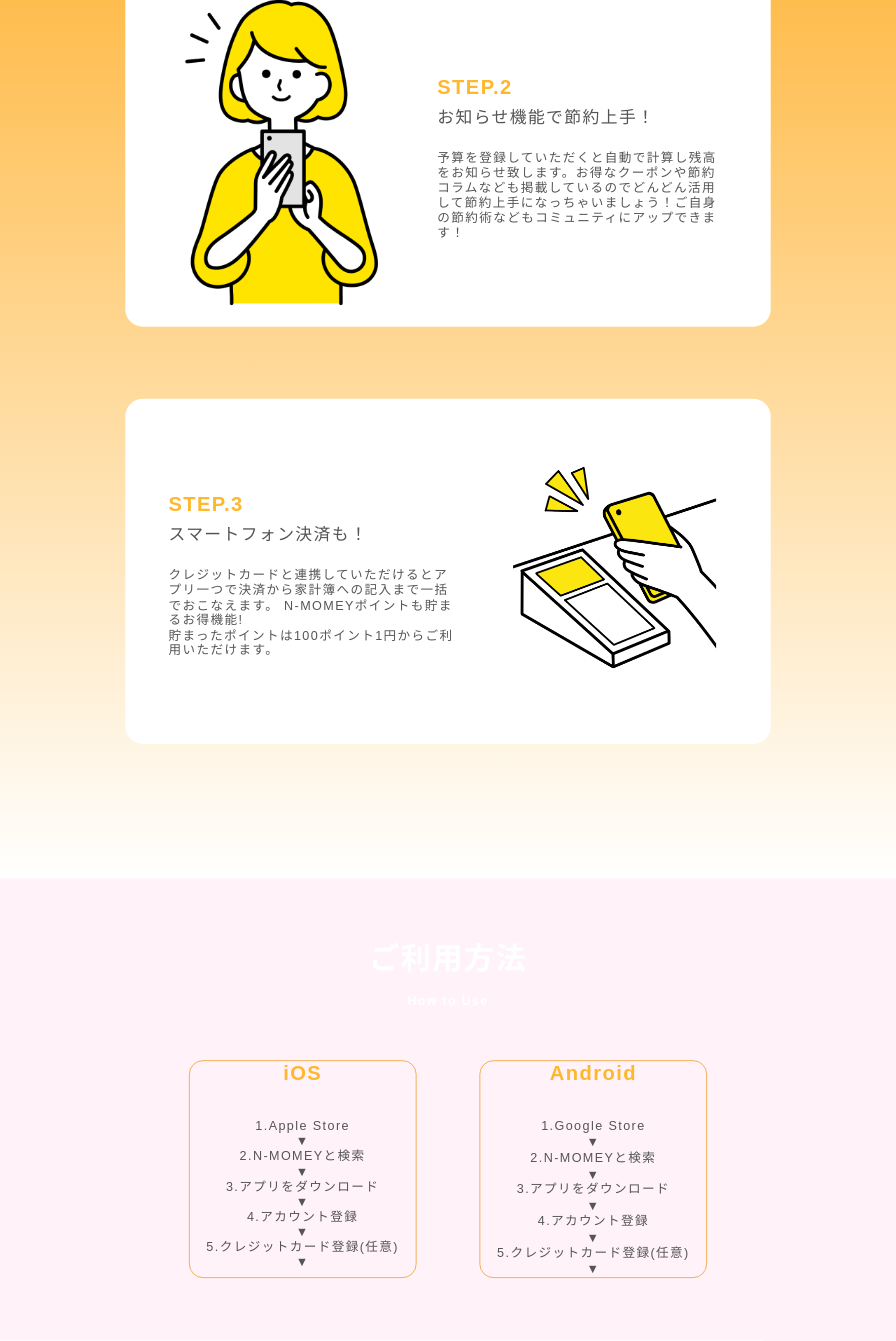
Repository: nozomi-23/lp2_test
Page: index.html
An editor plug-in stored every save of this project. The page is shown before and after a run of saves, followed by the edit.
The browser window is 1280 px wide. The pictures show the part of the page from y = 1924 to 3844 px (the page is 3839 px tall before and 3844 px after), at 70% of full size.
Some web fonts or font styles are not loaded; a fallback is used.

Above is the page before, as saved 2022-06-18 15:38:10.

### index.html
<!DOCTYPE html>
<html lang="ja">
<head>
  <meta charset="UTF-8">
  <title>家計簿アプリ「N-MONEY」</title>
  <meta name="description" content="「人生をコードと共に」というビジョンを達成するべく、皆さんのプログラミング学習をサポートします。">
  <meta name="keywords" content="家計簿,アプリ,おすすめ">
  <meta name="viewport" content="width=device-width, initial-scale=1.0">
  <meta property="og:title" content="家計簿アプリ「N-MONEY」">
  <meta property="og:type" content="article">
  <meta property="og:url" content="https://withcode-plus.tech">
  <meta property="og:image" content="img/logo.png">
  <meta property="og:description" content="カンタン家計簿アプリ 「N-MONEY」でお得に楽に家計管理。">
  <meta property="og:site_name" content="家計簿アプリ">
  <link rel="icon" href="favicon.ico">
  <link rel="apple-touch-icon" sizes="180x180" href="img/logo.png">
  <link rel="preconnect" href="https://fonts.googleapis.com">
  <link rel="preconnect" href="https://fonts.gstatic.com" crossorigin>
  <link
    href="https://fonts.googleapis.com/css2?family=M+PLUS+1p:wght@400;500;700&family=Noto+Sans+JP:wght@400;500&display=swap"
    rel="stylesheet">
  <link rel="stylesheet" type="text/css" href="css/reset.css">
  <link rel="stylesheet" type="text/css" href="css/common.css">
</head>
<body>
  <!-- ========== header -->
  <header>
    <div class="header_inner">
      <h1 class="header_logo">
        <a href="#"><img src="img/logo.png" alt="ロゴ画像"></a>
      </h1>
      <nav class="header_nav">
        <ul class="header_list">
          <li class="header_item">
            <a href="#introduction">アプリ紹介</a>
          </li>
          <li class="header_item">
            <a href="#how">ご利用方法</a>
          </li>
          <li class="header_item">
            <a href="#fqa">よくある質問</a>
          </li>
          <li class="header_item">
            <a href="#news">お知らせ</a>
          </li>
          <li class="header_item heder_btn">
            <a href="#contact">お問い合わせ</a>
          </li>
        </ul>
      </nav>
      <div class="drawer"></div>
    </div>
  </header>
  <!-- ========== top -->
  <section class="top_section">
    <div class="inner">
      <div class="top_wrapper">
        <div class="top_left">
          <h2 class="title">
            <p>〜 簡単家計簿アプリ 〜</p><br>
            <span>N-MONEY Mobile</span>
          </h2>
          <div class="download">
            <div class="download_apple">
              <a href="https://www.apple.com/jp/app-store/">
                <img src="img/apple.png" alt="Apple Store">
              </a>
            </div>
            <div class="download_google">
              <a href="https://play.google.com/store/apps?hl=ja&gl=US">
                <img src="img/google.png" alt="Google Store">
              </a>
            </div>
          </div>
        </div>
        <div class="top_right">
          <img src="img/top.png" alt="トップ画像">
        </div>
      </div>
    </div>
  </section>
    <!-- ========== feature -->
    <div class="inner">

      <div class="feature_txt">
        <h3 class="feature_ttl">家でも外でもラクラク管理<br>
        N-MOMEY Mobileとは</h3>
        <p>N-MOMEY
        Mobileとはご自宅でも外出先でも簡単に家計を管理できるサービスです。カテゴリ別の支出、予算管理だけでなくクレジットカードの連結により、レジでのお支払い・支出管理を自動で更新してくれます。予算に対してのお知らせ機能で使いすぎを防ぎます。めんどくさい計算・管理はN-MOMEY
        Mobileにおまかせください!</p>
      </div>

    </div>
<!-- ========== Introduction -->
<section class="intro section" id="introduction">
  <div class="inner">
    <h4 class="common_ttl">アプリ紹介<br><small>Introduction</small></h4>
    <div class="intro_wrapper">
      <div class="intro_wrapper_left">
        <h5 class="intro_txt"><strong>STEP.1</strong><br>
          いつでもどこでもカンタン管理！</h5>
          <p>レシートの管理が大変・・<br>
          いつ支払ったか忘れてしまった・・<br>
          そんなお悩みをすぐに解決します！支払ったらスマホにすぐ記入、カンタンな操作でカテゴリや日付の管理でめんどくさい家計管理のお手伝いをします。</p>
      </div>
      <div class="intro_wrapper_right">
        <img src="img/step1.png" alt="スマートフォンの画像">
      </div>
    </div>
    <div class="intro_wrapper intro_wrapper_revers">
      <div class="intro_wrapper_left ">
        <h5 class="intro_txt"><strong>STEP.2</strong><br>
          お知らせ機能で節約上手！</h5>
        <p>予算を登録していただくと自動で計算し残高をお知らせ致します。お得なクーポンや節約コラムなども掲載しているのでどんどん活用して節約上手になっちゃいましょう！ご自身の節約術などもコミュニティにアップできます！
          </p>
      </div>
      <div class="intro_wrapper_right">
        <img src="img/step2.png" alt="スマートフォンの画像">
      </div>
    </div>
    <div class="intro_wrapper">
      <div class="intro_wrapper_left">
        <h5 class="intro_txt"><strong>STEP.3</strong><br>
          スマートフォン決済も！</h5>
        <p>クレジットカードと連携していただけるとアプリ一つで決済から家計簿への記入まで一括でおこなえます。
        N-MOMEYポイントも貯まるお得機能!<br>
        貯まったポイントは100ポイント1円からご利用いただけます。</p>
      </div>
      <div class="intro_wrapper_right">
        <img src="img/step3.png" alt="スマートフォンの画像">
      </div>
    </div>
  </div>
</section>
<!-- ========== how -->
<section class="how section" id="how">
  <div class="inner">
    <h4 class="common_ttl">ご利用方法<br><small>How to Use</small></h4>
    <div class="how_wrapper">
      <div class="how_wrapper_item">
        <h5>iOS</h5>
        <ul>
          <li>1.Apple Store</li>
          <p>▼</p>
          <li>2.N-MOMEYと検索</li>
          <p>▼</p>
          <li>3.アプリをダウンロード</li>
          <p>▼</p>
          <li>4.アカウント登録</li>
          <p>▼</p>
          <li>5.クレジットカード登録(任意)</li>
          <p>▼</p>
        </ul>
      </div>
      <div class="how_wrapper_item">
        <h5>Android</h5>
        <ul class="how_list">
          <li>1.Google Store</li>
          <p>▼</p>
          <li>2.N-MOMEYと検索</li>
          <p>▼</p>
          <li>3.アプリをダウンロード</li>
          <p>▼</p>
          <li>4.アカウント登録</li>
          <p>▼</p>
          <li>5.クレジットカード登録(任意)</li>
          <p>▼</p>
        </ul>
      </div>
    </div>
  </div>
</section>
</body>
</html>

### css/reset.css
@charset "UTF-8";

html,
body,
div,
span,
object,
iframe,
h1,
h2,
h3,
h4,
h5,
h6,
p,
blockquote,
pre,
abbr,
address,
cite,
code,
del,
dfn,
em,
img,
ins,
kbd,
q,
samp,
small,
strong,
sub,
sup,
var,
b,
i,
dl,
dt,
dd,
ol,
ul,
li,
fieldset,
form,
label,
legend,
table,
caption,
tbody,
tfoot,
thead,
tr,
th,
td,
article,
aside,
canvas,
details,
figcaption,
figure,
footer,
header,
hgroup,
menu,
nav,
section,
summary,
time,
mark,
audio,
video {
  margin: 0;
  padding: 0;
  border: 0;
  outline: 0;
  font-size: 100%;
  vertical-align: baseline;
  background: transparent;
}

body {
  line-height: 1;
}

article,
aside,
details,
figcaption,
figure,
footer,
header,
hgroup,
menu,
nav,
section {
  display: block;
}

nav ul {
  list-style: none;
}

blockquote,
q {
  quotes: none;
}

blockquote:before,
blockquote:after,
q:before,
q:after {
  content: '';
  content: none;
}

a {
  margin: 0;
  padding: 0;
  font-size: 100%;
  vertical-align: baseline;
  background: transparent;
}

/* change colours to suit your needs */
ins {
  background-color: #ff9;
  color: #000;
  text-decoration: none;
}

/* change colours to suit your needs */
mark {
  background-color: #ff9;
  color: #000;
  font-style: italic;
  font-weight: bold;
}

del {
  text-decoration: line-through;
}

abbr[title],
dfn[title] {
  border-bottom: 1px dotted;
  cursor: help;
}

table {
  border-collapse: collapse;
  border-spacing: 0;
}

/* change border colour to suit your needs */
hr {
  display: block;
  height: 1px;
  border: 0;
  border-top: 1px solid #cccccc;
  margin: 1em 0;
  padding: 0;
}

input,
select {
  vertical-align: middle;
}

### css/common.css
@charset "UTF-8";

body {
  font-size: 18px;
  line-height: 1.2;
  letter-spacing: 2px;
  word-break: break-all;
  color: #555;
  font-family: 'M PLUS 1p', sans-serif ,
  'Noto Sans JP', sans-serif;
}
li {
  list-style: none;
}
a {
  text-decoration: none;
  color: #333;
}
/* ===================
共通レイアウト
======================*/
.section {
  padding: 7% 0;
  position: relative;
  background-color: rgba(255, 105, 180, 0.085);
}
.inner {
  width: 80%;
  margin: 0 auto;
  /* background-color: rgb(221, 240, 240); */
}
/* ===================
共通パーツ
======================*/
.common_ttl {
  text-align: center;
  color: #5A5757;
  font-size: 2.7rem;
  margin-bottom: 6.5%;
}
.common_ttl small {
  font-size: 1.1rem;
}

/* ===================
header
======================*/
.header_inner {
  width: 90%;
  height: 15vh;
  margin: 0 auto;
  display: flex;
  justify-content: space-between;
  align-items: center;
}
.header_logo {
  position: fixed;
  top: 1rem;
  z-index: 3;
}
.header_logo img {
  width: 100%;
  height: 100%;
}
.header_nav {
  margin-left: auto;
}
.header_list {
  display: flex;
  justify-content: flex-end;
  align-items: center;
}
.header_list li {
  margin-left: 1.8rem;
}
.header_list li a:hover {
  opacity: 0.5;
}
.heder_btn a{
  background: #FFB72B;
  color: #fff;
  line-height: 3;
  border-radius: 15px;
  display: inline-block;
  padding: 0 1.8rem;
}
/* ===================
top
======================*/
.top_wrapper {
  margin-top: 10%;
  height: auto;
  display: flex;
  justify-content: space-evenly;
  align-items: center;
}
.top_left {
  text-align: center;
  width: 50%;
  height: auto;
}
.title p{
  font-size: 1.7rem;
  font-weight: 400;
  margin-bottom: 2%;
  color: #333;
}
.title span {
  font-size: 3.5rem;
  color: #FFB72B;
  font-weight: bold;
}
.download {
  display: flex;
  align-items: center;
  justify-content: space-evenly;
  margin-top: 10%;
}
.download_apple {
  width: 35%;
}
.download_apple img {
  width: 100%;
  height: 100%;
}
.download_google {
  width: 35%;
}
.download_google img {
  width: 100%;
  height: 100%;
}
.top_right {
  width: 42%;
  height: auto;
}
.top_right img {
  width: 100%;
  height: 100%;

}
/* ===================
feature
======================*/
.feature_txt {
  width: 90%;
  margin-bottom: 10%;
}
.feature_ttl {
  font-size: 1.9rem;
  color: #FFB72B;
  font-weight: 400;
  margin: 5% 0 2% 0;
  line-height: 1.5;
}
.feature_ttl::after {
  content: "";
  display: inline-block;
  width: 100px;
  height: 2px;
  background: #FFB72B;
  margin-left: 2%;
  vertical-align: middle;
}
.feature_txt p {
  color: #333;
}
/* ===================
Introduction
======================*/
.intro {
  background: linear-gradient(180deg, #FFAD23 27.08%, rgba(255, 173, 35, 0) 100%);
}
.common_ttl:first-child {
  color: #fff;
}
.intro_wrapper {
  width: 90%;
  height: 60vh;
  display: flex;
  align-items: center;
  justify-content: space-evenly;
  background: #fff;
  border-radius: 25px;
  margin: 0 auto;
  padding: 3% 0;
  margin-bottom: 10%;
}
.intro_wrapper_left {
  width: 45%;
  height: auto;
}
.intro_txt {
  font-size: 1.5rem;
  font-weight: 500;
  margin-bottom: 8%;
}
.intro_txt strong {
  font-weight: bold;
  color: #FFB72B;
  font-size: 1.8rem;
  margin-top: 1rem;
  line-height: 2;
}
.intro_wrapper_right {
width: 35%;
height: auto;
text-align: center;
}
.intro_wrapper_right img {
  max-width: 90%;

}
.intro_wrapper_revers {
  display: flex;
  flex-direction: row-reverse;
}
/* ===================
how
======================*/
.how_wrapper {
  width: 90%;
  margin: 0 auto;
  display: flex;
  justify-content: space-evenly;
}
.how_wrapper_item {
  width: 35%;
  text-align: center;
  border: 1px solid #EB9515;
  border-radius: 20px;
}
.how_wrapper_item h5{
  color: #FFB72B;
  font-size: 1.8rem;
  margin-bottom: 15%;
}
.how_list li {
  padding-bottom: 2px;
  border-bottom: ;
}

After the next 2 saves:
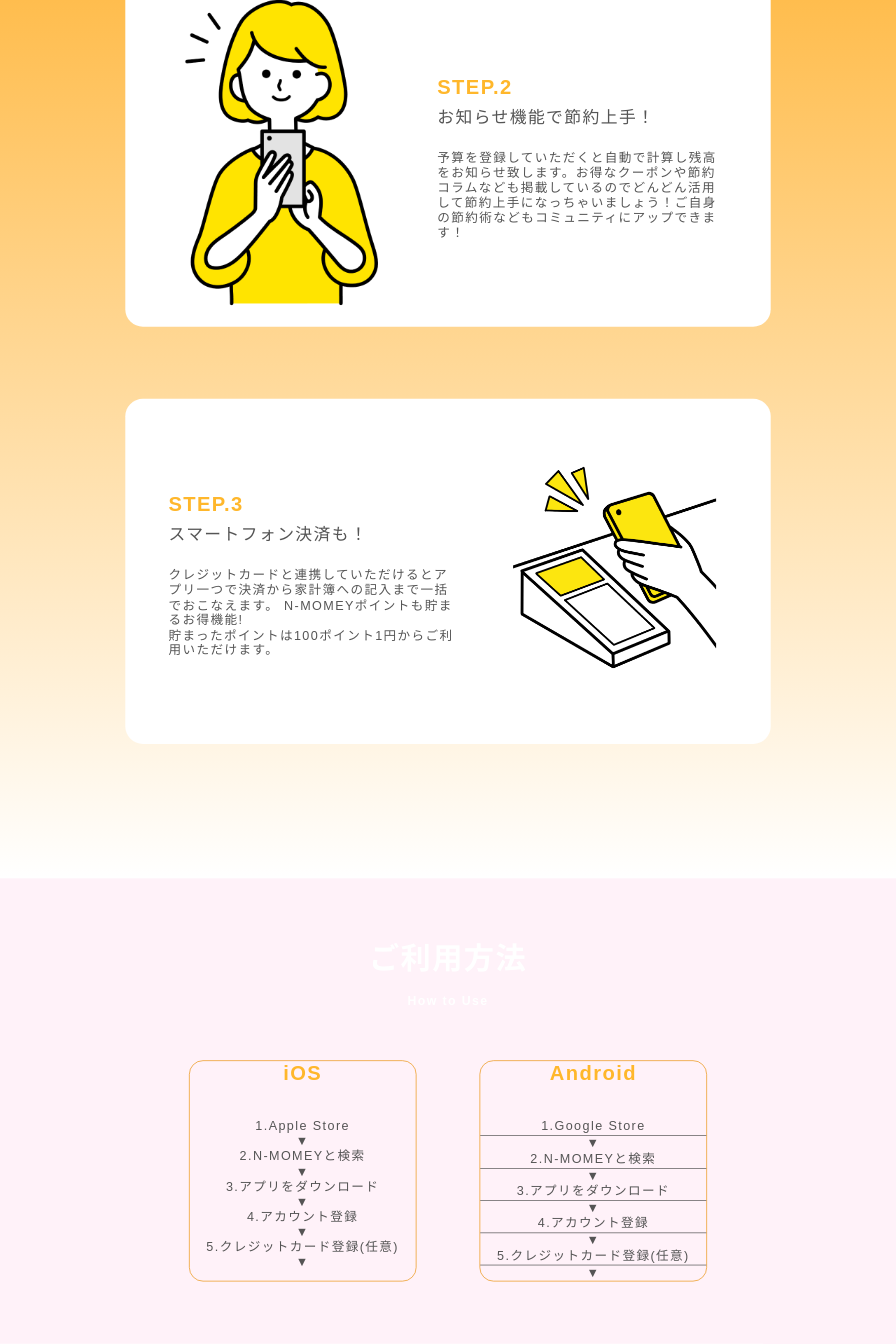
The 2 saves are shown as one change because they came seconds apart.
The last was saved 29 s later.
--- a/css/common.css
+++ b/css/common.css
@@ -237,5 +237,5 @@ how
 }
 .how_list li {
   padding-bottom: 2px;
-  border-bottom: ;
-}
+  border-bottom: solid 1px ;
+}
